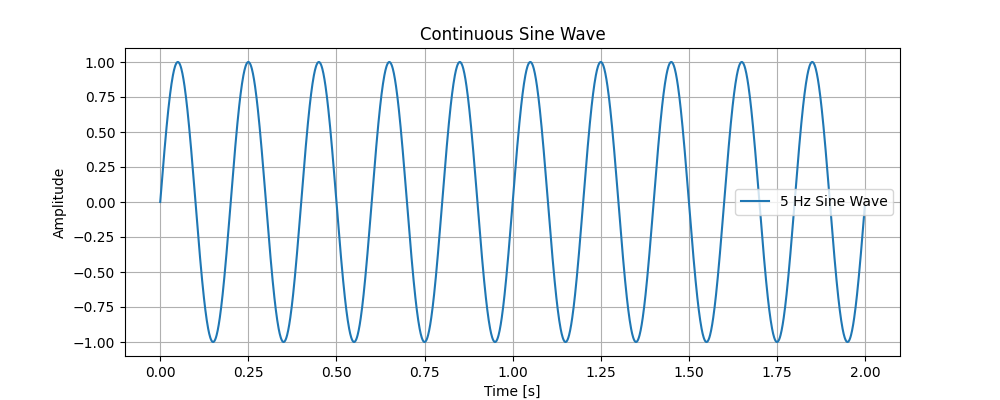
Repository: khulqu15/drone_smc_copppelia
Script's output: python py/realtime.py
These files come from the project's save history. The script's output is drawn as it stood at one moment and after the next save; the edit follows.
Animations are shown at an early frame. Random numbers start from a fixed seed.

Above is the script's output before, as saved 2024-06-24 00:11:27.

### py/realtime.py
import numpy as np
import matplotlib.pyplot as plt

def generate_sine_wave(freq, sample_rate, duration):
    t = np.linspace(0, duration, int(sample_rate * duration), endpoint=False)  # Time vector
    y = np.sin(2 * np.pi * freq * t)  # Sine wave formula
    return t, y

frequency = 5
sample_rate = 1000
duration = 2

time, amplitude = generate_sine_wave(frequency, sample_rate, duration)

plt.figure(figsize=(10, 4))
plt.plot(time, amplitude, label=f'{frequency} Hz Sine Wave')
plt.title('Continuous Sine Wave')
plt.xlabel('Time [s]')
plt.ylabel('Amplitude')
plt.grid(True)
plt.legend()
plt.show()

After the next save:
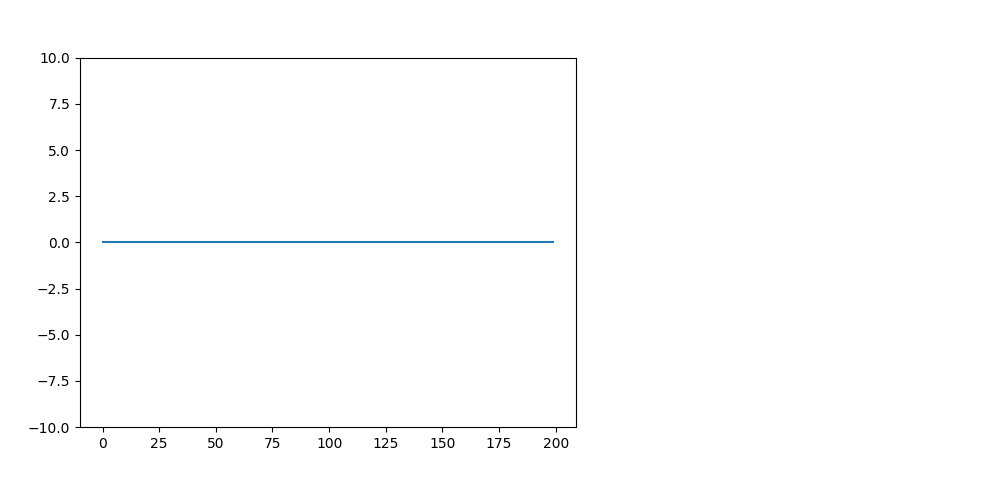
Saved 62 s later.
--- a/py/realtime.py
+++ b/py/realtime.py
@@ -1,22 +1,30 @@
 import numpy as np
 import matplotlib.pyplot as plt
+from matplotlib.animation import FuncAnimation
 
-def generate_sine_wave(freq, sample_rate, duration):
-    t = np.linspace(0, duration, int(sample_rate * duration), endpoint=False)  # Time vector
-    y = np.sin(2 * np.pi * freq * t)  # Sine wave formula
-    return t, y
+# Parameters
+x_len = 200         # Number of points to display
+y_range = [-10, 10]  # Range of possible Y values to display
 
-frequency = 5
-sample_rate = 1000
-duration = 2
+# Create figure for plotting
+fig, ax = plt.subplots()
+xs = np.arange(0, x_len)
+ys = np.zeros(x_len)
+line, = ax.plot(xs, ys)
 
-time, amplitude = generate_sine_wave(frequency, sample_rate, duration)
+# Adjust the plot
+ax.set_ylim(y_range)
 
-plt.figure(figsize=(10, 4))
-plt.plot(time, amplitude, label=f'{frequency} Hz Sine Wave')
-plt.title('Continuous Sine Wave')
-plt.xlabel('Time [s]')
-plt.ylabel('Amplitude')
-plt.grid(True)
-plt.legend()
+# This function is called periodically from FuncAnimation
+def animate(i, ys):
+    # Add y-value to list
+    ys = np.roll(ys, -1)
+    ys[-1] = 10 * np.sin(np.radians(i))
+
+    # Update line with new Y values
+    line.set_ydata(ys)
+    return line,
+
+# Set up plot to call animate() function periodically
+ani = FuncAnimation(fig, animate, fargs=(ys,), interval=50, blit=True)
 plt.show()
